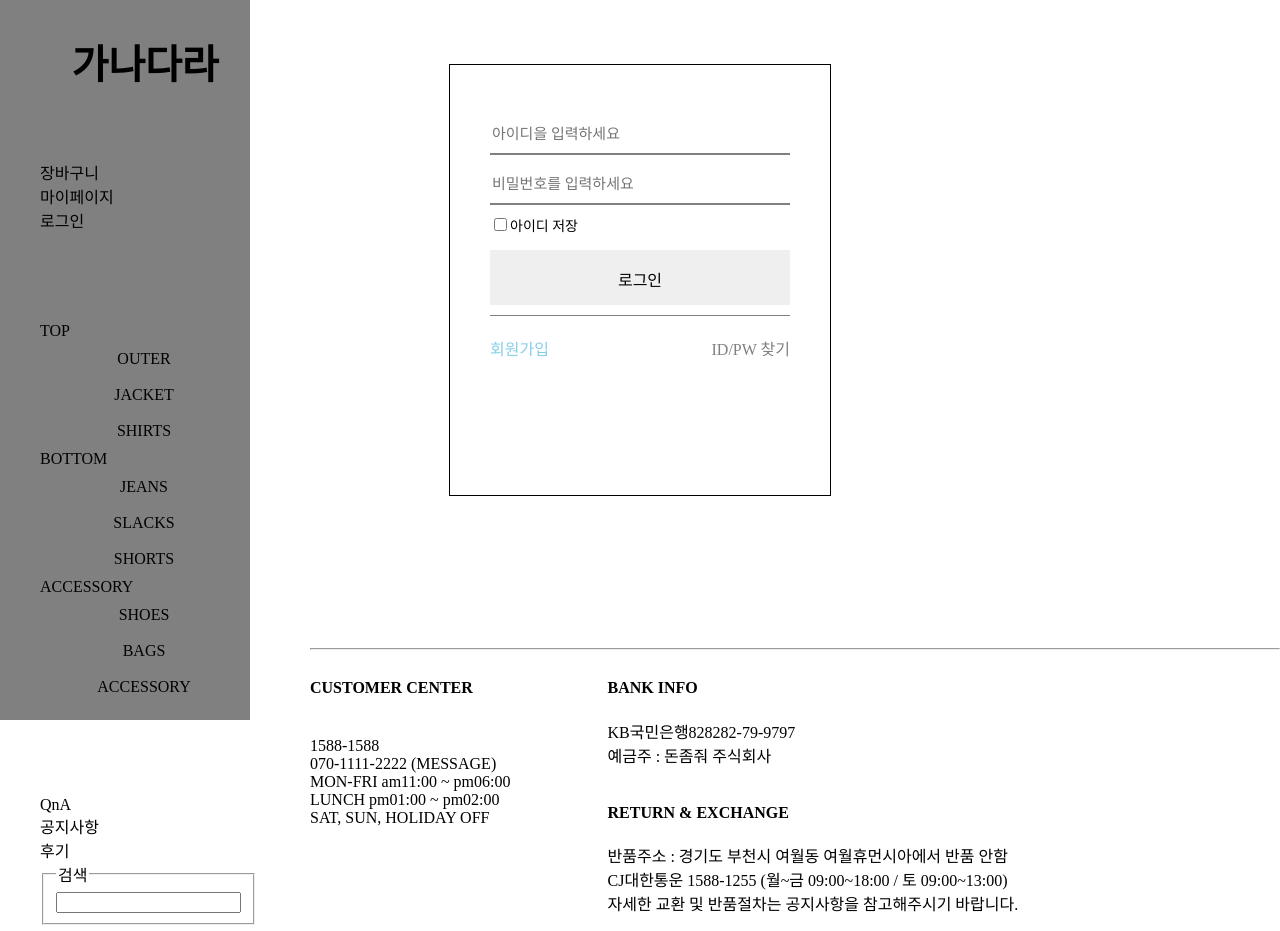
Repository: wonhong1103/springstudy
Page: http://localhost/Webpage/WEB-INF/views/member/login.jsp
An editor plug-in stored every save of this project. The page is shown before and after the next save, followed by the edit.
The browser window is 1280 px wide. The pictures show the whole page.
The page is served by Tomcat 9. Nobody is signed in. The template is opened directly, without the code that normally fills it, so the values that code supplies are empty.

Above is the page before, as saved 2020-10-16 01:31:21.

After the next save:
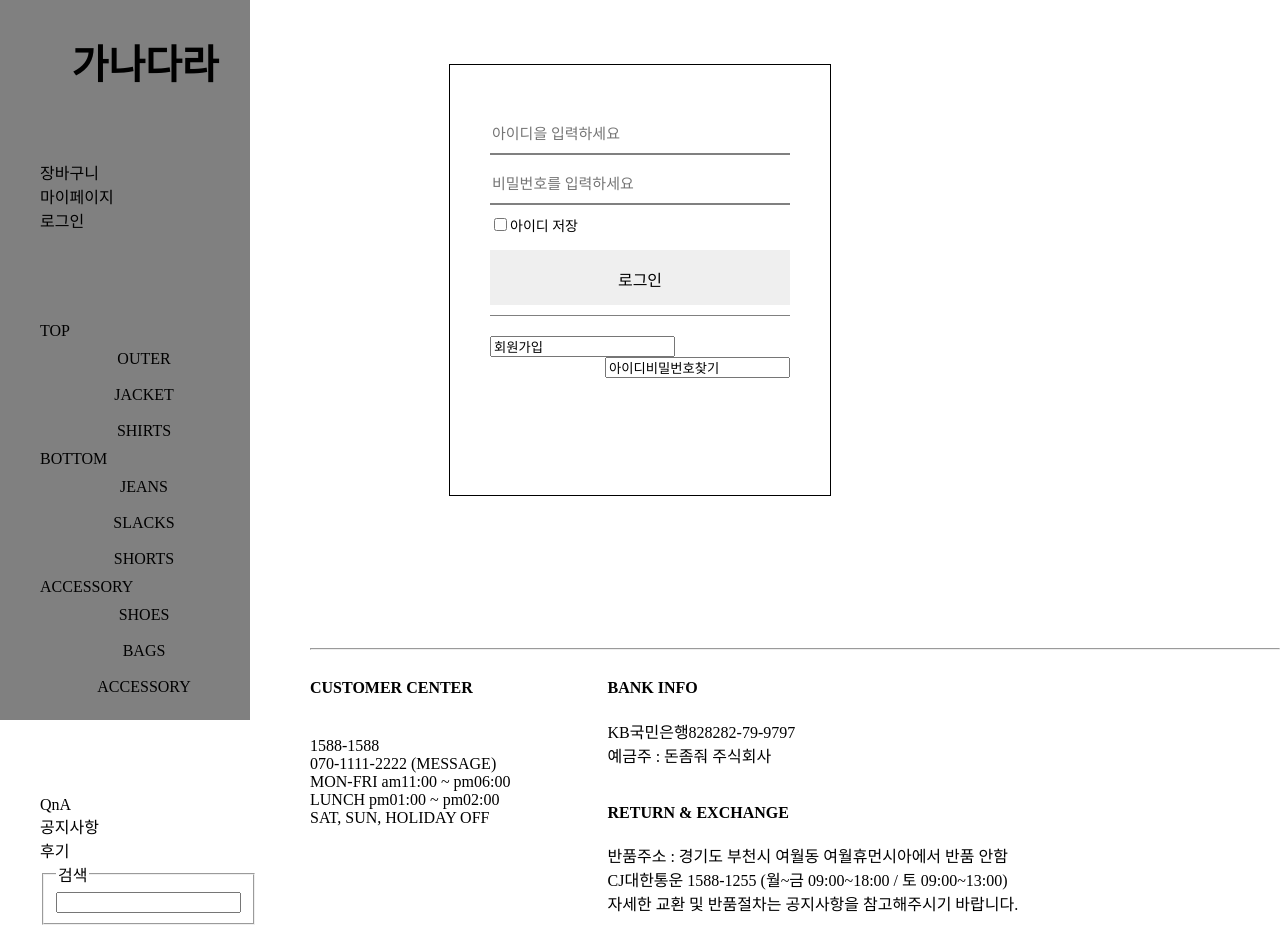
Saved 13 min 55 s later.
--- a/Webpage/src/main/webapp/WEB-INF/views/member/login.jsp
+++ b/Webpage/src/main/webapp/WEB-INF/views/member/login.jsp
@@ -66,8 +66,8 @@ table {
 		f.action = "join.do";
 		f.submit();
 	}
-	function join_go(f) {
-		f.action = "join.do";
+	function fidnidpw_go(f) {
+		f.action = "findidpw.do";
 		f.submit();
 	}
 </script>
@@ -227,11 +227,14 @@ table {
                     <label><input type="checkbox">아이디 저장</label>
                 </div>
                 <div class="login">
-                    <input type="button" value="로그인">
+                    <input type="button" value="로그인" onclick="login_go(this.form)">
                 </div>
                 <div class="last">
-                    <div class="join"><a href="join_go(this.form)">회원가입</a></div>
-                    <div class="search"><a href="findidpw_go(this.form)">ID/PW 찾기</a></div>
+               	 	<input class="join" type="text" value="회원가입" onclick="join_go(this.form)">
+                	<input class="search" type="text" value="아이디비밀번호찾기" onclick="findidpw_go(this.form)">
+                    <!-- <div class="join"><a href="join_go(this.form)">회원가입</a></div>
+                    	 <div class="search"><a href="findidpw_go(this.form)">ID/PW 찾기</a></div>
+                    -->
                 </div>
             </div>
         </div>
